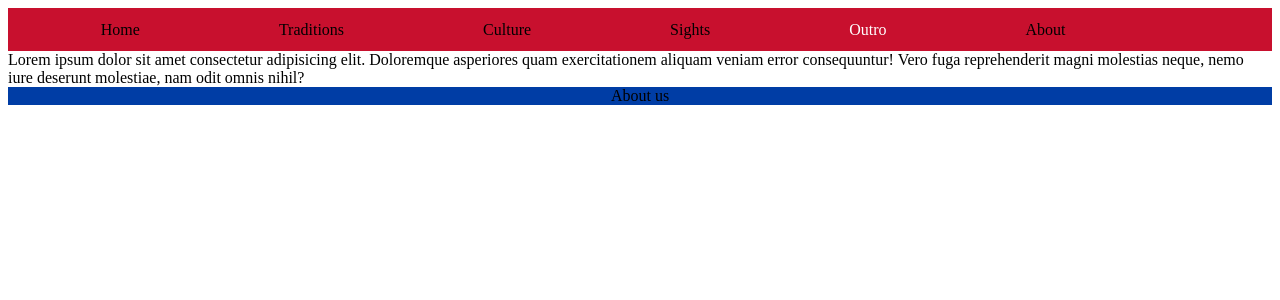
Repository: Cornman63/The-netherlands
Page: outro.html
The author's editor kept a copy of each file at every save. The page is drawn from the files as they stood at one save, then again after the next save.
The browser window is 1280 px wide. The pictures show the whole page.

Above is the page before, as saved 2023-05-17 12:31:55.

### outro.html
<!DOCTYPE html>
<html lang="en">
<head>
    <meta charset="UTF-8">
    <meta http-equiv="X-UA-Compatible" content="IE=edge">
    <meta name="viewport" content="width=device-width, initial-scale=1.0">
    <link rel="stylesheet" href="style.css">
    <title>Visit the Netherlands</title>

</head>
<body>
    <div class="top">
        <div class="site"><a href="index.html" style="color:black" class="link">Home</a></div>
        <div class="site"><a href="traditions.html" style="color:black" class="link">Traditions</a></div>
        <div class="site"><a href="culture.html" style="color:black" class="link">Culture</a></div>
        <div class="site"><a href="sights.html" style="color:black" class="link">Sights</a></div>
        <div class="site"><a href="outro.html" style="color:white" class="link">Outro</a></div>
        <div class="site"><a href="about.html" style="color:black" class="link">About</a></div>
    </div>
    <div class="text">
        Lorem ipsum dolor sit amet consectetur adipisicing elit. Doloremque asperiores quam exercitationem aliquam veniam error consequuntur! Vero fuga reprehenderit magni molestias neque, nemo iure deserunt molestiae, nam odit omnis nihil?
    </div>
    <div class="bottom">
        About us
    </div>
</body>
</html>

### style.css
.top, .bottom {
    display: flex;
    flex-direction: row;
    justify-content: center;
    align-content:center;
    background-color:#C8102E;
}
.bottom{
    background-color: #003DA5;
}

.site {
    display: flex;
    border: 1%;
    margin: 1%;
    margin-right: 10%;
    align-content: center;
}
.link {
    text-decoration: none;
}

After the next save:
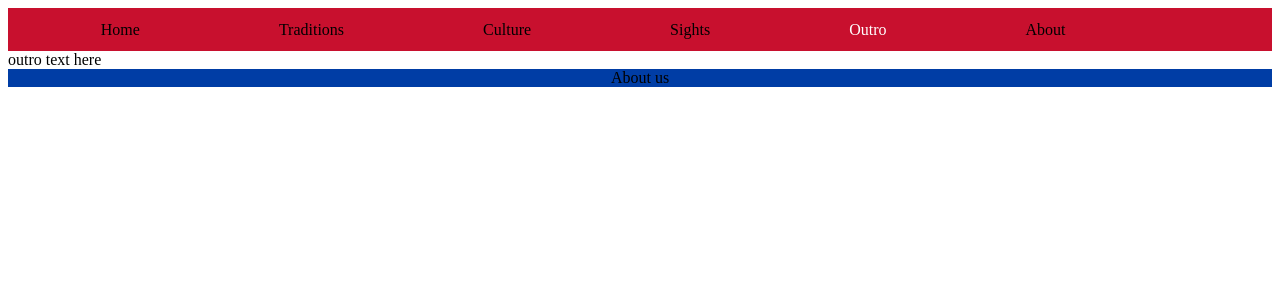
Saved 6 s later.
--- a/outro.html
+++ b/outro.html
@@ -18,7 +18,7 @@
         <div class="site"><a href="about.html" style="color:black" class="link">About</a></div>
     </div>
     <div class="text">
-        Lorem ipsum dolor sit amet consectetur adipisicing elit. Doloremque asperiores quam exercitationem aliquam veniam error consequuntur! Vero fuga reprehenderit magni molestias neque, nemo iure deserunt molestiae, nam odit omnis nihil?
+        outro text here
     </div>
     <div class="bottom">
         About us
